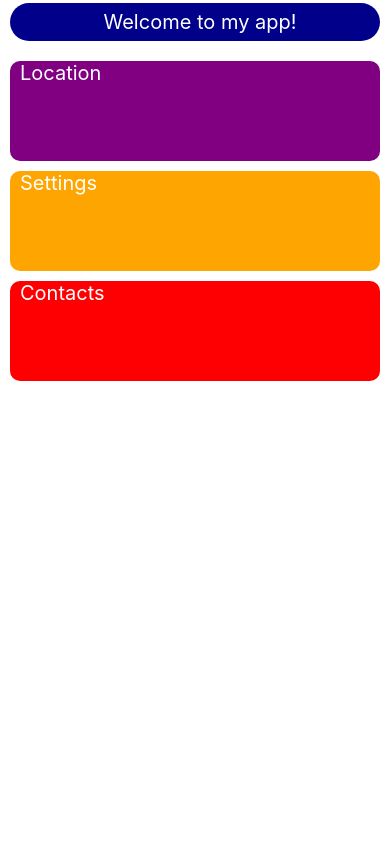
Repository: amirjavadikia/mobile-projectg
Screen: /
These files come from the project's save history. The screen is drawn as it stood at one moment and after the next save; the edit follows.
The app was drawn by React Native's web renderer in a window 390 px wide. The project was rebuilt for these pictures with package versions that can differ from the ones it lists, and the page was loaded fresh each time.

Above is the screen before, as saved 2024-04-24 20:57:54.

### App.tsx
import React from 'react';
import { View, Text, StyleSheet } from 'react-native';

const MainPage = () => {
  return (
    <View style={styles.container}>

      <View style={[styles.blueBackground]}>
        <Text style={styles.text}>Welcome to my app!</Text>
      </View>


      <View style={[styles.box, styles.purpleBackground]}>
        <Text style={styles.text}>Location</Text>
      </View>


      <View style={[styles.box, styles.yellowBackground]}>
        <Text style={styles.text}>Settings</Text>
      </View>


      <View style={[styles.box, styles.redBackground]}>
        <Text style={styles.text}>Contacts</Text>
      </View>

    </View>
  );
};

const styles = StyleSheet.create({
  container: {
    justifyContent: 'center',
    alignItems: 'center',
    margin: 10
  },
  box: {
    width: '100%',
    height: 100,
    borderRadius: 10,
    marginBottom: 10
  },
  blueBackground: {
    backgroundColor: '#01008A',
    borderRadius: 30,
    width: '100%',
    height: '10%',
    justifyContent: 'center',
    alignItems: 'center',
    marginBottom: 20
  },
  purpleBackground: {
    backgroundColor: '#810081',
  },
  yellowBackground: {
    backgroundColor: '#fea501',
  },
  redBackground: {
    backgroundColor: '#fe0002',
  },
  text: {
    color: 'white',
    fontSize: 20,
    marginLeft: 10,
  },
});

export default MainPage;

After the next save:
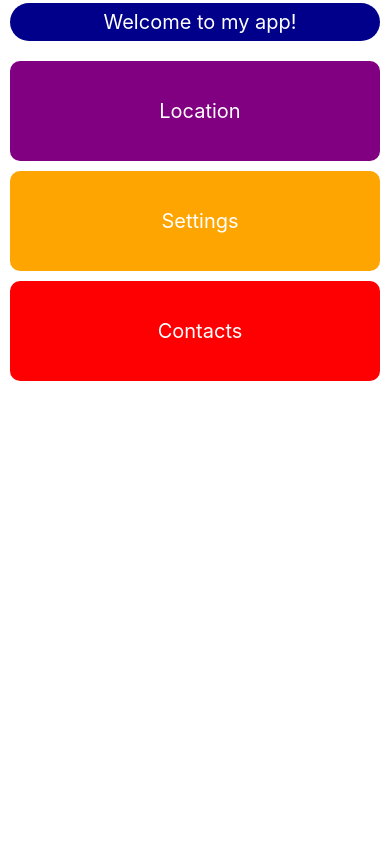
Saved 4 s later.
--- a/App.tsx
+++ b/App.tsx
@@ -38,7 +38,10 @@ const styles = StyleSheet.create({
     width: '100%',
     height: 100,
     borderRadius: 10,
-    marginBottom: 10
+    marginBottom: 10,
+    justifyContent: 'center',
+    textAlign: 'center',
+    alignItems: 'center',
   },
   blueBackground: {
     backgroundColor: '#01008A',
